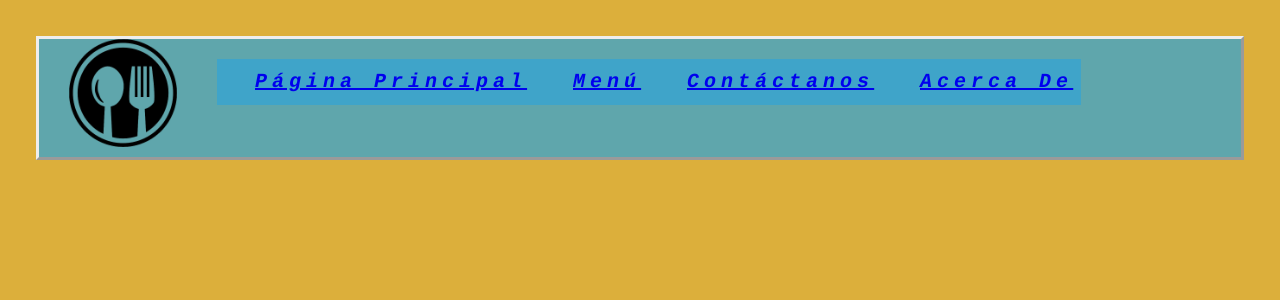
Repository: UVMCoyoacan/eq06_sitio1
Page: Carpeta docs/menu.html
The author's editor kept a copy of each file at every save. The page is drawn from the files as they stood at one save, then again after the next save.
The browser window is 1280 px wide. The pictures show the whole page.

Above is the page before, as saved 2024-03-06 12:04:32.

### Carpeta docs/menu.html
<!DOCTYPE html>
<html>
    <head>
        <link rel="stylesheet" href="../Carpeta estilos/estilo1.css"/>
        <meta charset="utf-8" />
    </head>
    <body>
        <header id="parte_inicial" role="banner">
            <div class="encabezado" style="display: flex;   flex-wrap: wrap;">
                    <div style="flex-wrap:wrap ;">
                    <img width="108" height="108" src="../Carpeta ims/tres.png" onclick="redirigirIndex()" style="text-align: left; cursor:pointer;";>
                    </div>
            <div style="display: flex;   flex-wrap: wrap;">
            <ul >
                <li><a href="../index.html">Página principal</a></li>
                <li><a href="#">Menú</a></li>
                <li><a href="contactos.html">Contáctanos</a></li>
                <li style="float:right"><a class="active" href="acercade.html">Acerca de</a></li>
            </ul>
        </div>
            </div>

        </header>
    </body>
    <script src="../Carpeta js/js1.js">
    </script>
</html>

### Carpeta estilos/estilo1.css
body{
    background-color:#d59e11d2;
    font-size:20px;
    font-family:Courier;
    font-weight:bold;
    font-style:normal;
    line-height:30px;
    letter-spacing:5px;
    padding: 28px;
    text-transform:capitalize;
    text-align:left;
    text-indent:30px;
}
header{
    background-color:#3ea5cbca;
    font-size:20px;
    font-family:Courier;
    font-weight:bold;
    font-style:italic;
    line-height:30px;
    letter-spacing:5px;
    text-transform:capitalize;
    text-align:left;
    text-indent:30px;
    border-style: outset;
}
li {
    display: inline;
    float: left;
    background-color:#3ea5cbca;
    font-size:20px;
    font-family:Courier;
    font-weight:bold;
    font-style:oblique;
    line-height:30px;
    letter-spacing:5px;
    text-decoration:underline;
    text-transform:capitalize;
    text-align:left;
    text-indent:30px;
  }


a {
    display: block;
    padding: 8px;
    background-color:#3ea5cbca;
  }
.active {
    background-color: #3ea5cbca;

  }

  #titulo{
    text-decoration: overline underline;
    font-size:30px;
    font-style:oblique;

  }
  ul {
    margin-left: auto;
}

### Carpeta js/js1.js
function redirigirIndex() {
    window.location.href = '#';
}

After the next save:
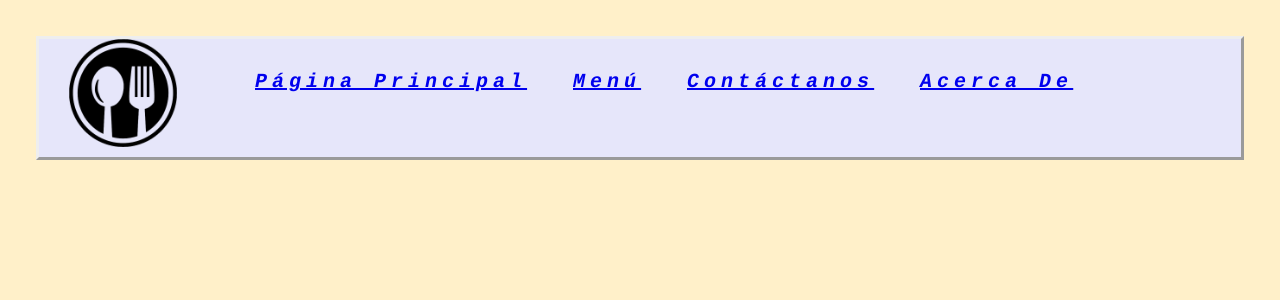
Saved 30 s later.
--- a/Carpeta estilos/estilo1.css
+++ b/Carpeta estilos/estilo1.css
@@ -1,5 +1,5 @@
 body{
-    background-color:#d59e11d2;
+    background-color:#FFF0C9;
     font-size:20px;
     font-family:Courier;
     font-weight:bold;
@@ -12,7 +12,7 @@ body{
     text-indent:30px;
 }
 header{
-    background-color:#3ea5cbca;
+    background-color:#E6E6FA;
     font-size:20px;
     font-family:Courier;
     font-weight:bold;
@@ -27,7 +27,7 @@ header{
 li {
     display: inline;
     float: left;
-    background-color:#3ea5cbca;
+    background-color:#E6E6FA;
     font-size:20px;
     font-family:Courier;
     font-weight:bold;
@@ -44,10 +44,10 @@ li {
 a {
     display: block;
     padding: 8px;
-    background-color:#3ea5cbca;
+    background-color:#E6E6FA;
   }
 .active {
-    background-color: #3ea5cbca;
+    background-color: #E6E6FA;
 
   }
 
@@ -57,6 +57,3 @@ a {
     font-style:oblique;
 
   }
-  ul {
-    margin-left: auto;
-}
